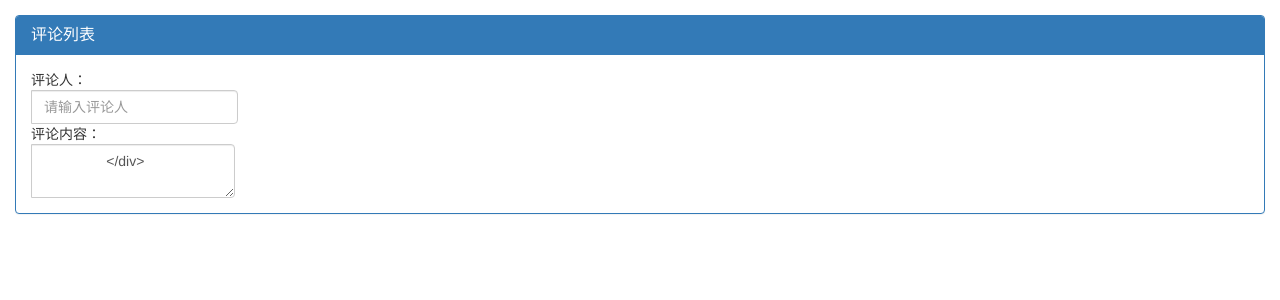
Repository: R1Deemo/ajax
Page: 评论列表.html
The author's editor kept a copy of each file at every save. The page is drawn from the files as they stood at one save, then again after the next save.
The browser window is 1280 px wide. The pictures show the whole page.

Above is the page before, as saved 2022-10-26 10:15:36.

### 评论列表.html
<!DOCTYPE html>
<html lang="en">

<head>
    <meta charset="UTF-8">
    <meta http-equiv="X-UA-Compatible" content="IE=edge">
    <meta name="viewport" content="width=device-width, initial-scale=1.0">
    <title>Document</title>
    <link rel="stylesheet" href="./lib/bootstrap.css" />
    <script src="./lib/jquery.js"></script>
</head>

<body style="padding: 15px;">
    <div>

        <div class="panel panel-primary">
            <div class="panel-heading">
                <h3 class="panel-title">评论列表</h3>
            </div>
            <div class="panel-body">

                <div class="input-group">
                    <div>评论人：</div>
                    <input type="text" class="form-control" id="exampleInputAmount" placeholder="请输入评论人">
                </div>
                <div class="input-group">
                    <div>评论内容：</div>
                    <textarea class="form-control" id="exampleInputAmount" placeholder="请输入评论内容（最多120字）">
                </div>


                <button type="button" class="btn btn-primary">发表评论</button>


            </div>
        </div>

    </div>

</body>

</html>

Loaded but not shown: lib/bootstrap.css (library); lib/jquery.js (library)

After the next save:
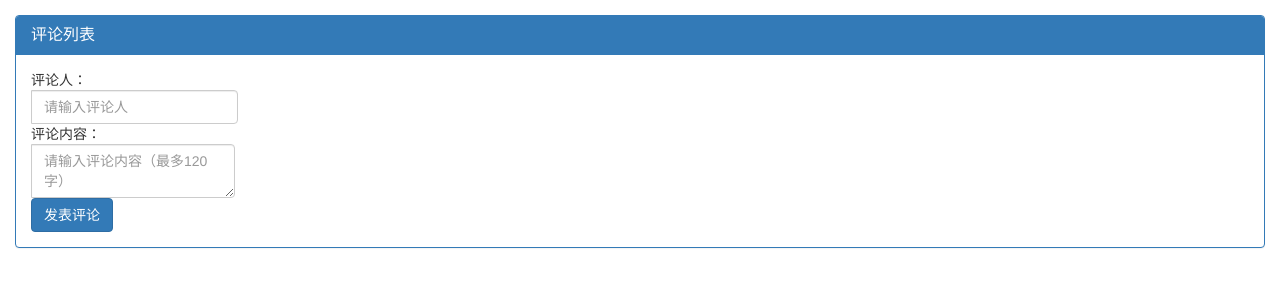
Saved 14 s later.
--- a/评论列表.html
+++ b/评论列表.html
@@ -25,7 +25,7 @@
                 </div>
                 <div class="input-group">
                     <div>评论内容：</div>
-                    <textarea class="form-control" id="exampleInputAmount" placeholder="请输入评论内容（最多120字）">
+                    <textarea class="form-control" id="exampleInputAmount" placeholder="请输入评论内容（最多120字）"></textarea>
                 </div>
 
 
